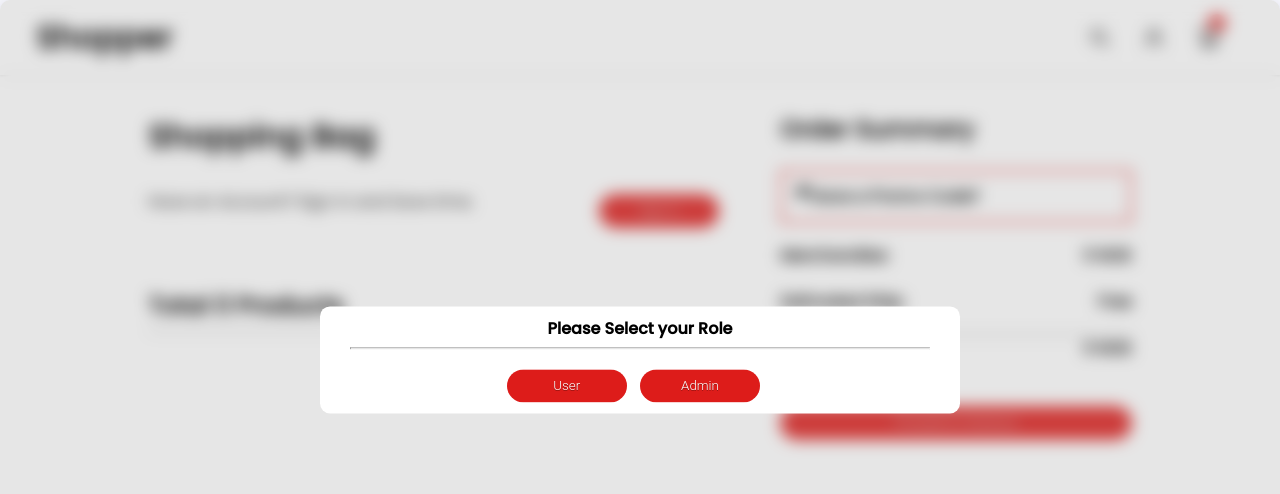
Repository: coolronts/aize-project
Page: /cart
These files come from the project's save history. The page is drawn as it stood at one moment and after the next save; the edit follows.
The browser window is 1280 px wide. The pictures show the whole page.
The project was rebuilt for these pictures with package versions that can differ from the ones it lists, and the page was loaded fresh each time. Also part of the build but not shown: src/App.css, src/components/CartItem/CartItem.tsx, src/components/Card/Card.tsx, src/pages/Shop/shop.module.css, src/pages/Shop/Shop.tsx.

Above is the page before, as saved 2021-09-15 07:57:12.

After the next save:
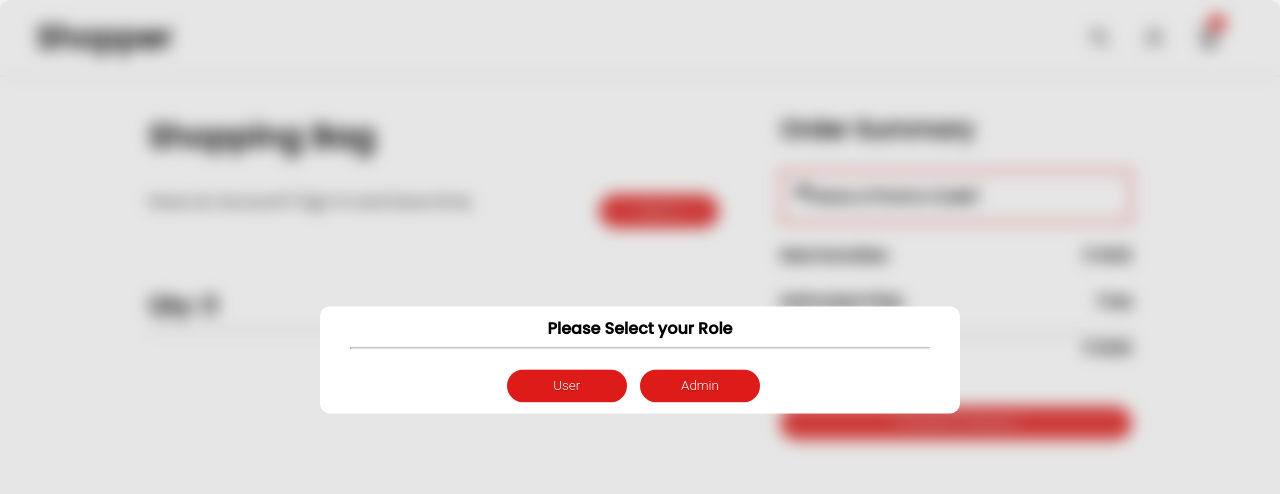
Saved 12 s later.
--- a/src/pages/Cart/Cart.tsx
+++ b/src/pages/Cart/Cart.tsx
@@ -20,7 +20,7 @@ const Cart: React.FunctionComponent = () => {
           <button>Sign In </button>
         </div>
         <div className={styles.cart}>
-          <h2>Total {userContext.cartQty} Products</h2>
+          <h2>Qty: {userContext.cartQty} </h2>
           <hr/>
           {productsList.map((item,index) => {
             return (
